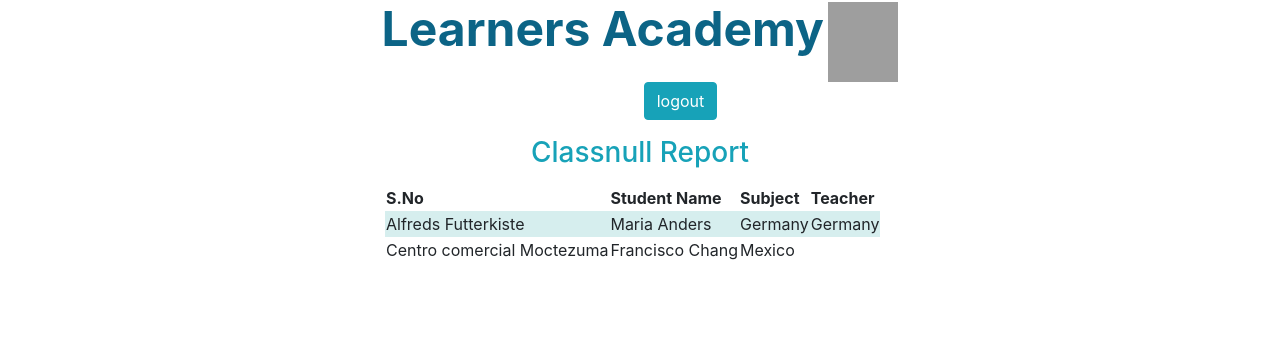
Repository: sindurup/Phase2Project
Page: http://localhost/LearnersAcademyPro/classReport.jsp
An editor plug-in stored every save of this project. The page is shown before and after the next save, followed by the edit.
The browser window is 1280 px wide. The pictures show the whole page.
Pictures or frames that could not be fetched are drawn as grey boxes. Some web libraries are served in a nearby version. The page is served by Tomcat 9.

Above is the page before, as saved 2021-09-29 04:38:42.
Console error: TypeError: Cannot read properties of undefined (reading 'fn')

After the next save:
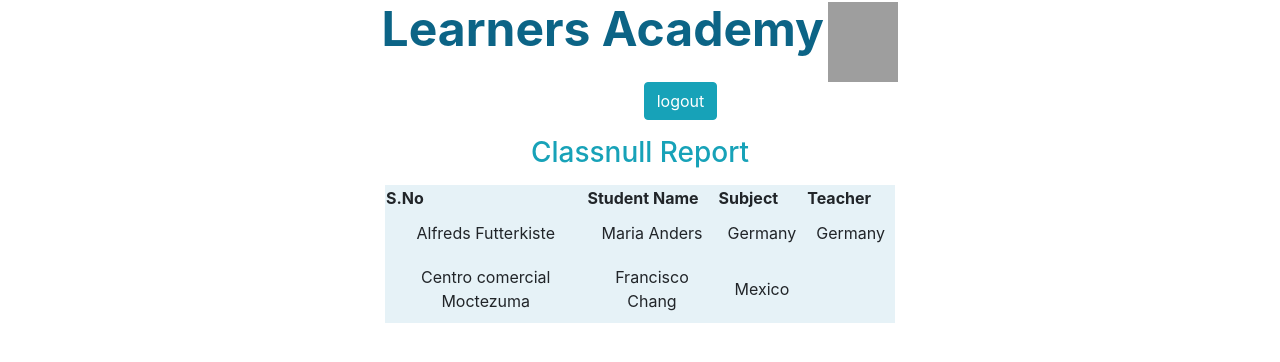
Saved 41 min 41 s later.
--- a/LearnersAcademyPro/src/main/webapp/classReport.jsp
+++ b/LearnersAcademyPro/src/main/webapp/classReport.jsp
@@ -12,9 +12,16 @@
 <meta charset="ISO-8859-1">
 <title>Learners Academy</title>
 <style>
-  tr:nth-child(even) {
-  background-color: #D6EEEE;
-}
+      table {
+
+        background-color: #e6f2f7;
+      }
+      td,
+      th.tr{
+        padding: 10px;
+
+        text-align: center;
+        background-color: #e6f2f7;
       }
     </style>
 </head>
